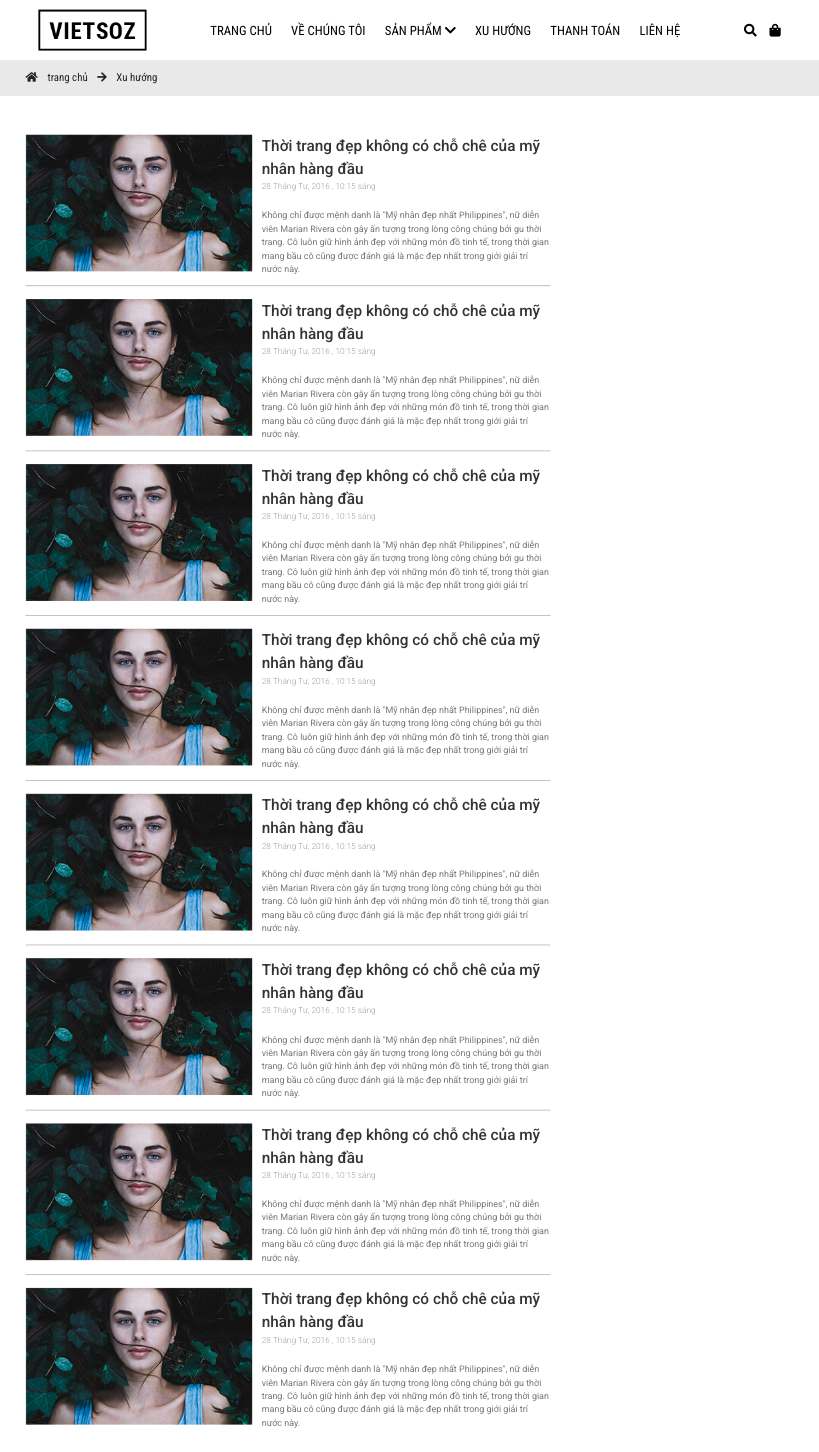
Repository: vinhtk0209/Vietsoz-reponsive
Page: index.html
The author's editor kept a copy of each file at every save. The page is drawn from the files as they stood at one save, then again after the next save.
The browser window is 1280 px wide. The pictures show the whole page, at 64% of full size.

Above is the page before, as saved 2021-10-23 17:57:22.

### index.html
<!DOCTYPE html>
<html lang="en">
  <head>
    <meta charset="UTF-8" />
    <meta http-equiv="X-UA-Compatible" content="IE=edge" />
    <meta name="viewport" content="width=device-width, initial-scale=1.0" />
    <link rel="stylesheet" href="assets/css/reset.css" />
    <link rel="stylesheet" href="assets/css/global.css" />
    <link rel="stylesheet" href="assets/css/main.css" />
    <link rel="stylesheet" href="assets/fontawesome/css/all.css" />
    <link rel="stylesheet" href="assets/css/reponsive.css" />
    <link rel="preconnect" href="https://fonts.googleapis.com" />
    <link rel="preconnect" href="https://fonts.gstatic.com" crossorigin />
    <link
      href="https://fonts.googleapis.com/css2?family=Roboto:ital,wght@0,100;0,300;0,400;0,500;0,700;0,900;1,100;1,300;1,400;1,500;1,700;1,900&display=swap"
      rel="stylesheet"
    />
    <link rel="preconnect" href="https://fonts.googleapis.com" />
    <link rel="preconnect" href="https://fonts.gstatic.com" crossorigin />
    <link
      href="https://fonts.googleapis.com/css2?family=Roboto+Condensed:ital,wght@0,300;0,400;0,700;1,300;1,400;1,700&display=swap"
      rel="stylesheet"
    />
    <div id="fb-root"></div>
    <script
      async
      defer
      crossorigin="anonymous"
      src="https://connect.facebook.net/vi_VN/sdk.js#xfbml=1&version=v11.0"
      nonce="ecJjSUD8"
    ></script>
    <script
      src="https://code.jquery.com/jquery-3.6.0.js"
      integrity="sha256-H+K7U5CnXl1h5ywQfKtSj8PCmoN9aaq30gDh27Xc0jk="
      crossorigin="anonymous"
    ></script>
    <title>VIESOZ</title>
  </head>

  <body>
    <!-- wrapper starts -->
    <div class="wrapper">
      <!-- header starts -->
      <header class="header">
        <div class="container">
          <div
            class="wp-header-top d-flex align-i-center justify-content-between"
          >
            <div class="header-banner">
              <img src="assets/images/logo.png" alt="" />
            </div>
            <nav class="header-main-menu">
              <ul class="d-flex main-menu">
                <li><a href="">trang chủ</a></li>
                <li><a href="">về chúng tôi</a></li>
                <li class="product-have-menu">
                  <a href=""
                    >sản phẩm
                    <span class="arrow-down"
                      ><i class="fas fa-chevron-down"></i></span
                  ></a>
                </li>

                <li><a href="">xu hướng</a></li>
                <li><a href="">thanh toán</a></li>
                <li><a href="">liên hệ</a></li>
              </ul>
            </nav>
            <nav class="header-main-menu reponsive">
              <ul class="main-menu sub">
                <li><a href="">trang chủ</a></li>
                <li><a href="">về chúng tôi</a></li>
                <li class="product-have-menu">
                  <a href="">sản phẩm </a>
                </li>

                <li><a href="">xu hướng</a></li>
                <li><a href="">thanh toán</a></li>
                <li><a href="">liên hệ</a></li>
              </ul>
            </nav>
            <ul class="icon-menu d-flex">
              <li>
                <a href=""
                  ><span class="search"><i class="fas fa-search"></i></span
                ></a>
              </li>
              <li>
                <a href="" class="shopping-cart"
                  ><span class="icon-cart"
                    ><i class="fas fa-shopping-bag"></i></span
                ></a>
              </li>
            </ul>
            <div class="nav-bar">
              <i class="fas fa-bars"></i>
            </div>
          </div>
        </div>
        <div class="wp-head-extra-menu">
          <ul class="list-menu-header-extra d-flex container">
            <li>
              <a href="">
                <span class="home-icon">
                  <i class="fas fa-home"></i>
                </span>
              </a>
            </li>

            <li class="home-text">
              <a href="">trang chủ</a>
            </li>
            <li>
              <a href="">
                <span class="arrow-righ">
                  <i class="fas fa-arrow-right"></i>
                </span>
              </a>
            </li>
            <li class="trend">
              <a href="">Xu hướng</a>
            </li>
          </ul>
        </div>
      </header>
      <!-- header ends -->

      <!-- content starts -->
      <div id="content">
        <!-- wp-content starts -->
        <div class="container">
          <div class="wp-content-news">
            <ul class="list-news">
              <li>
                <div class="image-news">
                  <a href="">
                    <img src="assets/images/photo-92222.png" alt="" />
                  </a>
                </div>
                <div class="more-info">
                  <a href="" class="title"
                    >Thời trang đẹp không có chỗ chê của mỹ nhân hàng đầu
                  </a>
                  <p class="date">28 Tháng Tư, 2016 , 10:15 sáng</p>
                  <p class="content">
                    Không chỉ được mệnh danh là "Mỹ nhân đẹp nhất Philippines",
                    nữ diễn viên Marian Rivera còn gây ấn tượng trong lòng công
                    chúng bởi gu thời trang. Cô luôn giữ hình ảnh đẹp với những
                    món đồ tinh tế, trong thời gian mang bầu cô cũng được đánh
                    giá là mặc đẹp nhất trong giới giải trí nước này.
                  </p>
                </div>
              </li>
              <li>
                <div class="image-news">
                  <a href="">
                    <img src="assets/images/photo-92222.png" alt="" />
                  </a>
                </div>
                <div class="more-info">
                  <a href="" class="title"
                    >Thời trang đẹp không có chỗ chê của mỹ nhân hàng đầu
                  </a>
                  <p class="date">28 Tháng Tư, 2016 , 10:15 sáng</p>
                  <p class="content">
                    Không chỉ được mệnh danh là "Mỹ nhân đẹp nhất Philippines",
                    nữ diễn viên Marian Rivera còn gây ấn tượng trong lòng công
                    chúng bởi gu thời trang. Cô luôn giữ hình ảnh đẹp với những
                    món đồ tinh tế, trong thời gian mang bầu cô cũng được đánh
                    giá là mặc đẹp nhất trong giới giải trí nước này.
                  </p>
                </div>
              </li>
              <li>
                <div class="image-news">
                  <a href="">
                    <img src="assets/images/photo-92222.png" alt="" />
                  </a>
                </div>
                <div class="more-info">
                  <a href="" class="title"
                    >Thời trang đẹp không có chỗ chê của mỹ nhân hàng đầu
                  </a>
                  <p class="date">28 Tháng Tư, 2016 , 10:15 sáng</p>
                  <p class="content">
                    Không chỉ được mệnh danh là "Mỹ nhân đẹp nhất Philippines",
                    nữ diễn viên Marian Rivera còn gây ấn tượng trong lòng công
                    chúng bởi gu thời trang. Cô luôn giữ hình ảnh đẹp với những
                    món đồ tinh tế, trong thời gian mang bầu cô cũng được đánh
                    giá là mặc đẹp nhất trong giới giải trí nước này.
                  </p>
                </div>
              </li>
              <li>
                <div class="image-news">
                  <a href="">
                    <img src="assets/images/photo-92222.png" alt="" />
                  </a>
                </div>
                <div class="more-info">
                  <a href="" class="title"
                    >Thời trang đẹp không có chỗ chê của mỹ nhân hàng đầu
                  </a>
                  <p class="date">28 Tháng Tư, 2016 , 10:15 sáng</p>
                  <p class="content">
                    Không chỉ được mệnh danh là "Mỹ nhân đẹp nhất Philippines",
                    nữ diễn viên Marian Rivera còn gây ấn tượng trong lòng công
                    chúng bởi gu thời trang. Cô luôn giữ hình ảnh đẹp với những
                    món đồ tinh tế, trong thời gian mang bầu cô cũng được đánh
                    giá là mặc đẹp nhất trong giới giải trí nước này.
                  </p>
                </div>
              </li>
              <li>
                <div class="image-news">
                  <a href="">
                    <img src="assets/images/photo-92222.png" alt="" />
                  </a>
                </div>
                <div class="more-info">
                  <a href="" class="title"
                    >Thời trang đẹp không có chỗ chê của mỹ nhân hàng đầu
                  </a>
                  <p class="date">28 Tháng Tư, 2016 , 10:15 sáng</p>
                  <p class="content">
                    Không chỉ được mệnh danh là "Mỹ nhân đẹp nhất Philippines",
                    nữ diễn viên Marian Rivera còn gây ấn tượng trong lòng công
                    chúng bởi gu thời trang. Cô luôn giữ hình ảnh đẹp với những
                    món đồ tinh tế, trong thời gian mang bầu cô cũng được đánh
                    giá là mặc đẹp nhất trong giới giải trí nước này.
                  </p>
                </div>
              </li>
              <li>
                <div class="image-news">
                  <a href="">
                    <img src="assets/images/photo-92222.png" alt="" />
                  </a>
                </div>
                <div class="more-info">
                  <a href="" class="title"
                    >Thời trang đẹp không có chỗ chê của mỹ nhân hàng đầu
                  </a>
                  <p class="date">28 Tháng Tư, 2016 , 10:15 sáng</p>
                  <p class="content">
                    Không chỉ được mệnh danh là "Mỹ nhân đẹp nhất Philippines",
                    nữ diễn viên Marian Rivera còn gây ấn tượng trong lòng công
                    chúng bởi gu thời trang. Cô luôn giữ hình ảnh đẹp với những
                    món đồ tinh tế, trong thời gian mang bầu cô cũng được đánh
                    giá là mặc đẹp nhất trong giới giải trí nước này.
                  </p>
                </div>
              </li>
              <li>
                <div class="image-news">
                  <a href="">
                    <img src="assets/images/photo-92222.png" alt="" />
                  </a>
                </div>
                <div class="more-info">
                  <a href="" class="title"
                    >Thời trang đẹp không có chỗ chê của mỹ nhân hàng đầu
                  </a>
                  <p class="date">28 Tháng Tư, 2016 , 10:15 sáng</p>
                  <p class="content">
                    Không chỉ được mệnh danh là "Mỹ nhân đẹp nhất Philippines",
                    nữ diễn viên Marian Rivera còn gây ấn tượng trong lòng công
                    chúng bởi gu thời trang. Cô luôn giữ hình ảnh đẹp với những
                    món đồ tinh tế, trong thời gian mang bầu cô cũng được đánh
                    giá là mặc đẹp nhất trong giới giải trí nước này.
                  </p>
                </div>
              </li>
              <li>
                <div class="image-news">
                  <a href="">
                    <img src="assets/images/photo-92222.png" alt="" />
                  </a>
                </div>
                <div class="more-info">
                  <a href="" class="title"
                    >Thời trang đẹp không có chỗ chê của mỹ nhân hàng đầu
                  </a>
                  <p class="date">28 Tháng Tư, 2016 , 10:15 sáng</p>
                  <p class="content">
                    Không chỉ được mệnh danh là "Mỹ nhân đẹp nhất Philippines",
                    nữ diễn viên Marian Rivera còn gây ấn tượng trong lòng công
                    chúng bởi gu thời trang. Cô luôn giữ hình ảnh đẹp với những
                    món đồ tinh tế, trong thời gian mang bầu cô cũng được đánh
                    giá là mặc đẹp nhất trong giới giải trí nước này.
                  </p>
                </div>
              </li>
            </ul>
        </div>
        <!-- wp-content ends -->

        <!-- sidebar starts -->

        <!-- sidebar ends -->
      </div>

      <!-- content ends -->
    </div>
    <!-- wrapper ends -->
    <script src="assets/js/main.js"></script>
  </body>
</html>

### assets/css/global.css
/* .text-center{
    text-align: center;
}
.text-left{
    text-align: left;
}
.text-right{
    text-align: right;
}
.float-left{
    float:left;

}
.float-right{
    float:right;
}
.container{
    width:1150px;
    margin:0px auto;


}
.flex-space{
    display:flex;
    justify-content:space-between;
}
.align-i-center{
    align-items: center;
}
.mg-top-30{
    margin-top: 30px;
}
.mg-top-22{
    margin-top: 22px;
}
.d-flex{
    display:flex;
}
.bg-black{

    background-color: #131619;
}
.pt-10{
    padding-top: 10px;
} */
.container {
    max-width: 1200px;

    margin: 0px auto;
    /* display:flex; */

}

.justify-content-between {
    justify-content: space-between;
}

.d-flex {
    display: flex;
}

.jus-between {
    justify-content: space-between;
}

.align-i-center {
    align-items: center;
}

.mg-bottom-80 {
    margin-bottom: 80px;
}

.fl-basics-30 {
    flex-basis: 30%;
}

.pd-top-40 {
    padding-top: 40px;
}
.pd-top-10{
    padding-top:10px;
}
.text-center {
    text-align: center;
}

### assets/css/main.css
* {
    margin: 0;
    padding: 0;
}

body {
    /* font-family: 'Roboto', sans-serif; */
    line-height: 1.5;
}

ul {
    list-style-type: none;
    margin-bottom: 0px;
}

p,
h1,
h2,
h4 {
    margin-bottom: 0px;
}

.header {
    font-family: 'Roboto Condensed', sans-serif;
    margin-bottom: 45px;
    padding: 15px 0;
    position: relative;

}

.wp-header-top {
    width: 100%;
    /* display:flex; */
    /* min-height: 110px; */
    margin-bottom: 15px;
    padding: 0 20px;
}

.header-main-menu ul {
    gap: 0 30px;
}

.header-main-menu ul li a {
    text-decoration: none;
    font-size: 20px;
    text-transform: uppercase;
    font-weight: 400;
    color: #000000;

}

.wp-header-top ul.icon-menu {
    gap: 0 20px;
}

.wp-header-top ul.icon-menu li a {
    font-size: 20px;
    color: #000000;

}


.header-main-menu ul li a span.search {
    font-size: 15px;
}

.header-main-menu ul li a span.icon-cart {
    font-size: 25px;
}

.header-main-menu.reponsive {
    display: none;
    position: absolute;
    top: 58%;
    background-color: #fec5bb   ;
    width: 100%;
    left: 0;
    text-align: center;
    padding-bottom: 20px;

}

.header-main-menu.reponsive ul li a {
    padding-top: 20px;
    display: block;
    transition: all 0.5s;

}

.header-main-menu.reponsive ul li:hover a {
    color:  #e8e8e4  ;
}

.nav-bar {
    display: none;
    font-size: 20px;
    color: #000000;
    cursor: pointer;
}



.wp-head-extra-menu {
    background-color: #e9e9e9;
    min-height: 50px;
    padding: 0 20px;
}

ul.list-menu-header-extra li:not(:first-child) {
    padding-left: 15px;
}

ul.list-menu-header-extra li {
    padding: 15px 0px;

}

ul.list-menu-header-extra {
    margin-bottom: 0px;
}

ul.list-menu-header-extra li a {
    text-decoration: none;
    font-size: 17px;
    color: #222222;
    font-weight: 400;
    box-sizing: border-box;
}


#content {
    font-family: 'Roboto', sans-serif;
}

.wp-content-news {
    max-width: 820px;

}

.wp-content-news ul.list-news li {
    display: flex;
    min-height: 227px;
    padding-bottom: 15px;
    border-bottom: 1px solid #a69e9e;
    margin-bottom: 20px;
    overflow: hidden;
}

.wp-content-news ul.list-news li:last-child {
    border: none;

}

.wp-content-news ul.list-news .image-news a {
    display: block;
    transition: transform 1s;

}

.wp-content-news ul.list-news .image-news a:hover {
    transform: scale(1.05);
}

.wp-content-news ul.list-news li .more-info a.title {
    padding-bottom: 15px;
    font-size: 24px;
    font-weight: 500;
    color: #333333;
    text-decoration: none;
}

.wp-content-news ul.list-news li .more-info p.date {
    font-size: 13px;
    color: #a69e9e;
    font-weight: 300;
}

.wp-content-news ul.list-news li .more-info p.content {
    padding-top: 25px;
    font-size: 14px;
    font-weight: 400;
    margin-bottom: 0px;
    color: #777777;

}

.wp-content-news ul.list-news li {
    font-weight: 400;
}

.wp-content-news ul.list-news li a {
    text-decoration: none;
}

.wp-content-news ul.list-news li .more-info {
    padding-left: 15px;

}

.wp-content-news .pages-num li:first-child {
    margin-right: 12px;
    font-size: 14px;
    text-transform: capitalize;

}

.wp-content-news .pages-num a {
    text-decoration: none;
}

.wp-content-news .pages-num li:not(:first-child) {
    margin-left: 7px;
    font-size: 13px;
    padding: 5px 12px;
    border: 1px solid #e9e9e9;
    transition: all 0.5s;

}

.wp-content-news .pages-num li:not(:first-child):hover {
    background-color: #272727;

}

.wp-content-news .pages-num li:not(:first-child):hover a {
    color: #ffffff;
}

.wp-content-news .pages-num li:not(:first-child) a {
    color: #0b0b0b;
}

.wp-content-list-caterory {
    /* padding-left: 90px; */
    font-weight: bold;
    max-width: 310px;
}

.wp-content-list-caterory .box-caterory {
    margin-bottom: 50px;
}

.wp-content-list-caterory .box-caterory .box-title {
    padding-top: 20px;
    padding-bottom: 20px;
    padding-left: 25px;
    background-color: #283943;
    color: #ffffff;


}

.wp-content-list-caterory .box-caterory .box-title h3 {
    margin-bottom: 0;
    font-size: 21px;

    text-transform: uppercase;

}

.wp-content-list-caterory .box-caterory .box-body ul {
    padding-left: 25px;
    padding-top: 20px;
    padding-bottom: 20px;
    padding-right: 15px;
    border: 1px solid #a69e9e;

}

.wp-content-list-caterory .box-caterory .box-body ul li {
    border-bottom: 1px solid #a69e9e;
    padding-bottom: 10px;


}

.box-caterory .box-body ul li:not(:first-child) {
    margin-top: 10px;

}

.box-caterory .box-body ul li a span.arrow-right {
    float: right;

}

.wp-content-list-caterory .box-caterory .box-body ul li a {
    text-decoration: none;
    color: #333333;
    text-transform: uppercase;
    font-size: 14px;
    transition: all 0.5s;
}

.box-caterory .box-body ul li:hover a {
    color: #d5be00;
}

.box-caterory .box-body ul li:hover {
    border-bottom: 1px solid #d5be00;
}

.box-banner {
    margin-bottom: 45px;
}


.list-product {
    border: 1px solid #a69e9e;

}

.list-product ul li {
    display: flex;
}

.list-product ul li a.title {
    font-size: 14px;
    text-decoration: none;
}

.wp-content-list-caterory .box-product {
    font-weight: 500;
}

.wp-content-list-caterory .box-product .box-title {
    padding-top: 20px;
    padding-bottom: 20px;
    padding-left: 25px;
    background-color: #283943;
    color: #ffffff;
    text-transform: uppercase;
}

.box-product {}

.box-product .box-body ul {
    padding: 10px 15px;
}

.box-product .box-body ul li {
    border-bottom: 1px solid #a69e9e;
    padding-bottom: 20px;
    margin-bottom: 10px;
}

.box-product .box-body ul li:last-child {
    border: none;
}

.box-product .box-body .image-product {
    margin-right: 10px;
}

.box-product .box-body .info-product a.title {
    color: #272727;
    font-size: 14px;
    padding-bottom: 15px;
    display: block;
}

.box-product .box-body .info-product p {
    padding-bottom: 4px;
    display: block;
}

.box-product .box-body .info-product p.price:not(span.discount) {
    font-size: 15px;
    color: #d40707;
    padding-right: 8px;
}

.box-product .box-body .info-product span.discount {
    font-size: 12px;
    color: #909090;
}

.box-product .box-body .info-product a.details {
    font-size: 13px;
    color: #00708c;
    text-decoration: underline;
    /* margin:0; */
}

.box-product .box-body .info-product span.buy-arrow-right {
    padding-left: 2px;
}

.footer {
    background-color: #1b1b1b;
    min-height: 410px;
    padding-top: 70px;
    color: #ffffff;
    font-size: 16px;
    font-weight: 300;
}

.footer a {
    text-decoration: none;
    color: #ffffff;
}

.footer h3 {
    font-size: 28px;
    text-transform: uppercase;
}

.footer ul {
    list-style: circle;
}

.footer ul.footer-caterory li:not(:first-child) {
    padding-top: 15px;

}

.footer ul.footer-seller li:not(:first-child) {
    padding-top: 15px;
}

.footer .footer-facebook {
    padding-top: 90px;
}

.copyright {
    min-height: 50px;
    background-color: #ffffff;
}

/* .footer .box-body ul.footer-caterory{
    list-style:  circle;
}


} */

### assets/css/reponsive.css
@media screen and (max-width: 1040px) {
    nav.header-main-menu{
        display: none;
    }
    .nav-bar{
        display: block;
    }
}
@media screen and (max-width: 768px) {
    .wp-content-news ul.list-news li .more-info p.content,
    .wp-content-news ul.list-news li .more-info p.date{
        display:none;
    }

}
@media screen and (max-width: 530px) {
    .wp-content-news ul.list-news li{
        flex-direction: column;
    }
    .wp-content-news ul.list-news li .more-info{
        padding-right: 120px;
        padding-left: 5px;
    }

}

Loaded but not shown: assets/fontawesome/css/all.css (library); assets/js/main.js (5 lines, source omitted); assets/css/reset.css (349 lines, source omitted)

After the next save:
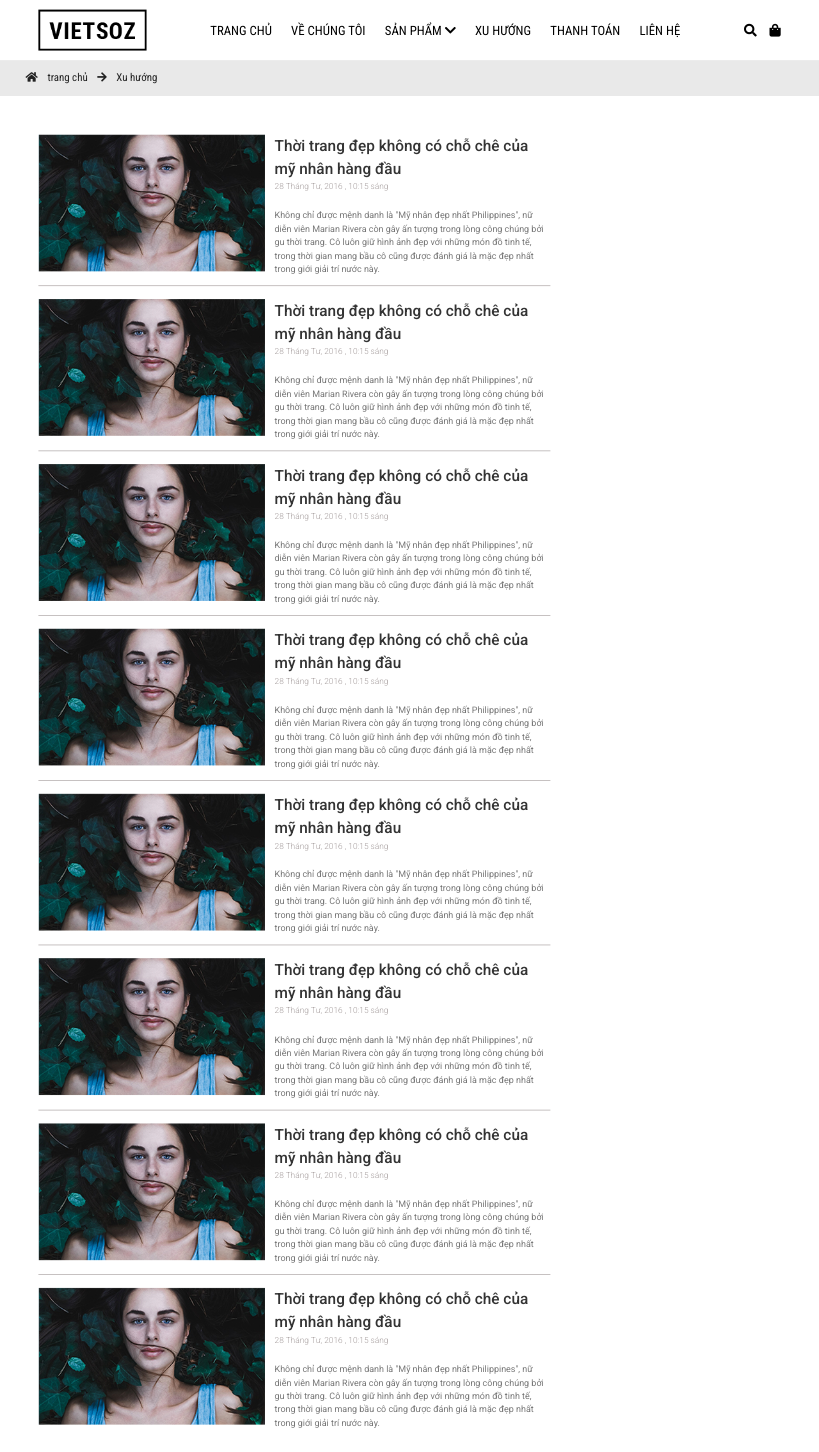
Saved 5 s later.
--- a/assets/css/main.css
+++ b/assets/css/main.css
@@ -134,7 +134,7 @@ ul.list-menu-header-extra li a {
 
 .wp-content-news {
     max-width: 820px;
-
+    padding-left: 20px;
 }
 
 .wp-content-news ul.list-news li {
